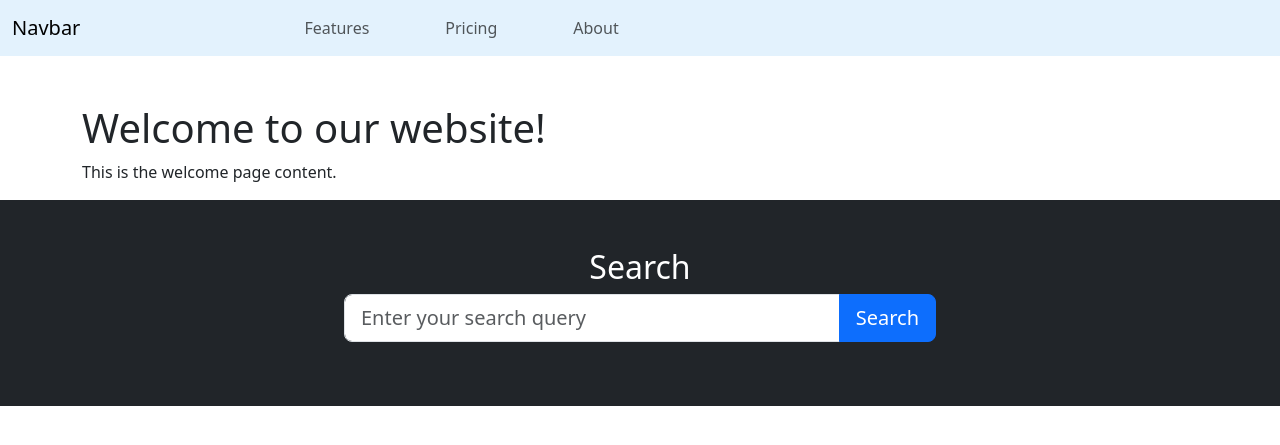
Repository: gyfffffff/meishimeike_test
Page: meishimeike/hello.html
The author's editor kept a copy of each file at every save. The page is drawn from the files as they stood at one save, then again after the next save.
The browser window is 1280 px wide. The pictures show the whole page.

Above is the page before, as saved 2023-07-13 10:55:36.

After the next save:
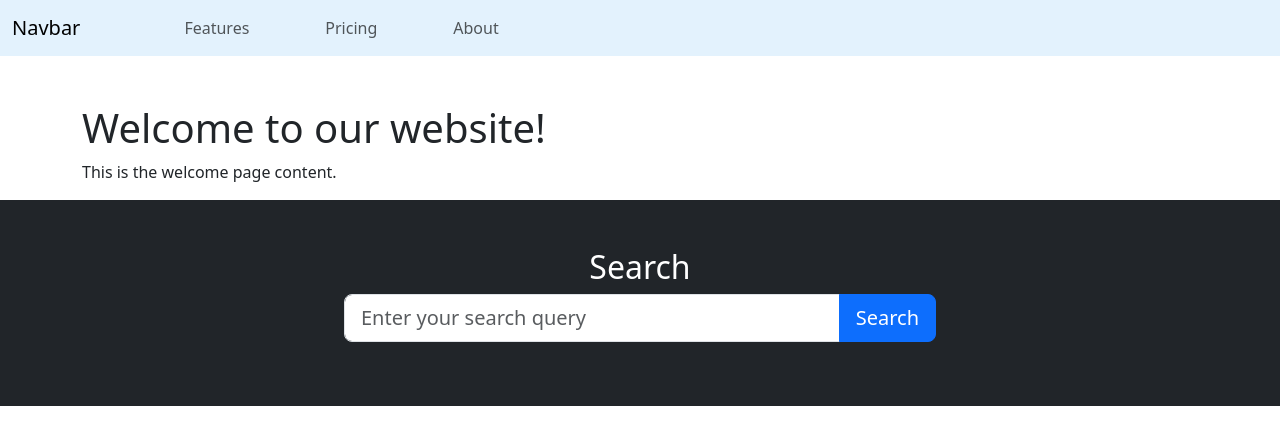
Saved 6 s later.
--- a/meishimeike/hello.html
+++ b/meishimeike/hello.html
@@ -11,7 +11,7 @@
         }
 
         .navbar-brand{
-            padding-right: 200px;
+            padding-right: 80px;
         }
     </style>
 
